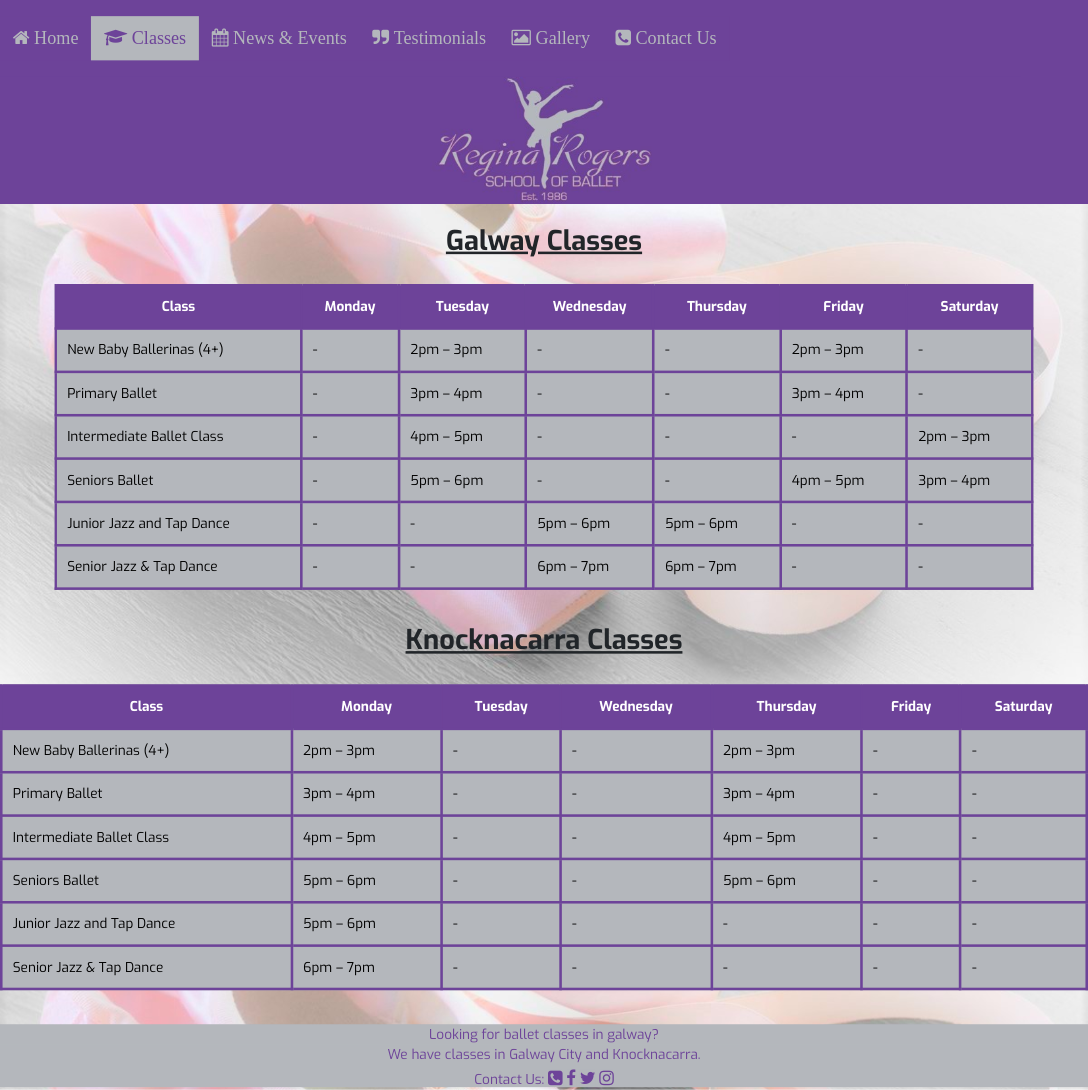
Repository: davidtmiller2010/galwayballet
Page: Classes.html
The author's editor kept a record of every edit. The page is drawn from the files as they stood at one moment, then again after the next edit.
The browser window is 1280 px wide. The pictures show the whole page, at 85% of full size.

Above is the page before.

### Classes.html
<!DOCTYPE html>
<html lang="en">

<head>
    <meta charset="UTF-8">
    <meta name="viewport" content="width=device-width, initial-scale=1.0">
    <meta http-equiv="X-UA-Compatible" content="ie=edge">
    <link rel="stylesheet" href="https://stackpath.bootstrapcdn.com/bootstrap/4.3.1/css/bootstrap.min.css" type="text/css" />
    <link rel="stylesheet" href="https://stackpath.bootstrapcdn.com/font-awesome/4.7.0/css/font-awesome.min.css" type="text/css" />
    <link rel="stylesheet" href="assets/CSS/style1.css" type="text/css" />
    <link href="https://fonts.googleapis.com/css?family=Exo|Roboto" rel="stylesheet">
    <link href="https://fonts.googleapis.com/css?family=Dancing+Script" rel="stylesheet">
    <title>Regina Rogers</title>
</head>

<body>
    <header>
        <div class="navbar ">
            <ul>
                <li><a href="index.html" class=" col-12  col-2"><i class="fa fa-home fa-lg"> Home</i></a></li>
                <li><a href="Classes.html" class="active col-12  col-2"><i class="fa fa-graduation-cap fa-lg"> Classes</i></a></li>
                <li><a href="News.html" class=" col-12  col-2"><i class="fa fa-calendar fa-lg"> News & Events</i></a></li>
                <li><a href="Testimonial.html" class=" col-12  col-2"><i class="fa fa-quote-right fa-lg"> Testimonials</i></a></li>
                <li><a href="Gallery.html" class=" col-12  col-2"><i class="fa fa-image fa-lg"> Gallery</i></a></li>
                <li><a href="Contact.html" class=" col-12  col-2"><i class="fa fa-phone-square fa-lg"> Contact Us</i></a></li>
            </ul>
        </div>
    </header>
    <section>
        <div class="logo">
            <!---logo--->
        </div>
        </br>
            <h2 class="headers">Galway Classes</h2>
            </br>
            <div class="responsive">
            <table class="table">
                <tbody >
                    <tr>
                        <th class="tablehead">Class</th>
                        <th class="tablehead">Monday</th>
                        <th class="tablehead">Tuesday</th>
                        <th class="tablehead">Wednesday</th>
                        <th class="tablehead">Thursday</th>
                        <th class="tablehead">Friday</th>
                        <th class="tablehead">Saturday</th>
                    </tr>
                    <tr>
                        <td>New Baby Ballerinas (4+)</td>
                        <td>-</td>
                        <td>2pm – 3pm</td>
                        <td>-</td>
                        <td>-</td>
                        <td>2pm – 3pm</td>
                        <td>-</td>
                    </tr>
                    <tr>
                        <td>Primary Ballet</td>
                        <td>-</td>
                        <td>3pm – 4pm</td>
                        <td>-</td>
                        <td>-</td>
                        <td>3pm – 4pm</td>
                        <td>-</td>
                    </tr>
                    <tr>
                        <td>Intermediate Ballet Class</td>
                        <td>-</td>
                        <td>4pm – 5pm</td>
                        <td>-</td>
                        <td>-</td>
                        <td>-</td>
                        <td>2pm – 3pm</td>
                    </tr>
                    <tr>
                        <td>Seniors Ballet</td>
                        <td>-</td>
                        <td>5pm – 6pm</td>
                        <td>-</td>
                        <td>-</td>
                        <td>4pm – 5pm</td>
                        <td>3pm – 4pm</td>
                    </tr>
                    <tr>
                        <td>Junior Jazz and Tap Dance</td>
                        <td>-</td>
                        <td>-</td>
                        <td>5pm – 6pm</td>
                        <td>5pm – 6pm</td>
                        <td>-</td>
                        <td>-</td>
                    </tr>
                    <tr>
                        <td>Senior Jazz & Tap Dance</td>
                        <td>-</td>
                        <td>-</td>
                        <td>6pm – 7pm</td>
                        <td>6pm – 7pm</td>
                        <td>-</td>
                        <td>-</td>
                    </tr>
                </tbody>
            </table>
        </div>
        </br>
        <h2 class="headers">Knocknacarra Classes</h2>
        </br>
        <table class="table">
            <tr>
                <th class="tablehead">Class</th>
                <th class="tablehead">Monday</th>
                <th class="tablehead">Tuesday</th>
                <th class="tablehead">Wednesday</th>
                <th class="tablehead">Thursday</th>
                <th class="tablehead">Friday</th>
                <th class="tablehead">Saturday</th>
            </tr>
            <tr>
                <td>New Baby Ballerinas (4+)</td>
                <td>2pm – 3pm</td>
                <td>-</td>
                <td>-</td>
                <td>2pm – 3pm</td>
                <td>-</td>
                <td>-</td>
            </tr>
            <tr>
                <td>Primary Ballet</td>
                <td>3pm – 4pm</td>
                <td>-</td>
                <td>-</td>
                <td>3pm – 4pm</td>
                <td>-</td>
                <td>-</td>
            </tr>
            <tr>
                <td>Intermediate Ballet Class</td>
                <td>4pm – 5pm</td>
                <td>-</td>
                <td>-</td>
                <td>4pm – 5pm</td>
                <td>-</td>
                <td>-</td>
            </tr>
            <tr>
                <td>Seniors Ballet</td>
                <td>5pm – 6pm</td>
                <td>-</td>
                <td>-</td>
                <td>5pm – 6pm</td>
                <td>-</td>
                <td>-</td>
            </tr>
            <tr>
                <td>Junior Jazz and Tap Dance</td>
                <td>5pm – 6pm</td>
                <td>-</td>
                <td>-</td>
                <td>-</td>
                <td>-</td>
                <td>-</td>
            </tr>
            <tr>
                <td>Senior Jazz & Tap Dance</td>
                <td>6pm – 7pm</td>
                <td>-</td>
                <td>-</td>
                <td>-</td>
                <td>-</td>
                <td>-</td>
            </tr>
        </table>
        </br>
    </section>
    <footer>
        <div class="footermessage">
            <h7 class="uppercase general">Looking for ballet classes in galway?</h7><br/>
            <p class="inline-block footermessage">
                We have classes in Galway City and Knocknacarra.
                <br> Contact Us:
                <a href="Contact.html" target="_blank">
                     <i class="fa fa-phone-square infobutton" aria-hidden="true"></i>
                    </a>
                <a target="_blank" href="https://www.facebook.com/Regina-Rogers-School-of-Ballet-568812096482190/">
                            <i class="fa fa-facebook infobutton " aria-hidden="true"></i>
                            <span class="sr-only">Facebook</span>
                        </a>
                <a target="_blank" href="https://twitter.com/Twitter">
                            <i class="fa fa-twitter infobutton " aria-hidden="true"></i>
                            <span class="sr-only">Twitter</span>
                        </a>
                <a target="_blank" href="https://www.instagram.com/instagram/">
                            <i class="fa fa-instagram infobutton " aria-hidden="true"></i>
                            <span class="sr-only">Instagram</span>
                        </a>
            </p>
        </div>
    </footer>
    <script src="https://code.jquery.com/jquery-3.3.1.slim.min.js" integrity="sha384-q8i/X+965DzO0rT7abK41JStQIAqVgRVzpbzo5smXKp4YfRvH+8abtTE1Pi6jizo" crossorigin="anonymous"></script>
    <script src="https://cdnjs.cloudflare.com/ajax/libs/popper.js/1.14.7/umd/popper.min.js" integrity="sha384-UO2eT0CpHqdSJQ6hJty5KVphtPhzWj9WO1clHTMGa3JDZwrnQq4sF86dIHNDz0W1" crossorigin="anonymous"></script>
    <script src="https://stackpath.bootstrapcdn.com/bootstrap/4.3.1/js/bootstrap.min.js" integrity="sha384-JjSmVgyd0p3pXB1rRibZUAYoIIy6OrQ6VrjIEaFf/nJGzIxFDsf4x0xIM+B07jRM" crossorigin="anonymous"></script>

</body>

### assets/CSS/style1.css
@import url('https://fonts.googleapis.com/css?family=Exo:100,200,300,400,500,600,700|Roboto:100,200,300,400,500,600,700');

/*----------colors---------*/

.bg-color-details {
    background: none;
    color: #6D4399;
}

.formbg {
    background: none;
}


.bg-color-contact {
    color: #6D4399;
    background: none;
}

/*----------Header---------*/

header {
    margin-bottom: 90px;
}

.navbar {
    overflow: hidden;
    background-color: #6D4399;
    position: fixed;
    top: 0;
    width: 100%;
    height: 90px;
    padding: 0;
    float: right;
}

ul {
    list-style-type: none;
    margin: 0;
    margin-top: 0;
    padding: 0;
    background-color: #6D4399;
}

li {
    float: left;
}

li a {
    display: block;
    color: #B4B7BC;
    text-align: center;
    padding: 14px 16px;
    text-decoration: none;
}

li a:hover:not(.active) {
    background-color: #B4B7BC;
}

li a:hover {
    color: white;
    background-color: #6D4399;
}

.active {
    background-color: #B4B7BC;
    color: #6D4399;
}


/*----------body---------*/

body {
    top: 20px;
    background-image: url("../images/balletshoes.jpg");
    background-size: 100%;
    font-family: "Exo", sans-serif;
}

.logo {
    background: #6D4399;
    background-image: url("../images/reginalogo3.jpg");
    background-position: center;
    background-repeat: no-repeat;
    background-size: contain;
    top: 0;
    width: 100%;
    position: relative;
    height: 150px;
    padding: 0;
    z-index: -1;
    margin: 0;
}


.row {
    margin-left: 5px;
    margin-right: 5px;
}

.paragraph {
    margin: 10px 0;
    text-align: justify;
    text-justify: inter-word;
    font-family: "Exo", Times, serif;
    font-size: 20px;
    font-weight: 500;
    z-index: -1;
}


/*----------Footer---------*/

footer {
    background: #6D4399;
    color: #6D4399;
    padding-bottom: 10px;
    margin: 0;
    text-align: center;
    height: 50px;
}

.footermessage {
    background-color: #B4B7BC;
    margin: 0;
    height: 50px;
    padding: 0px;
}

.infobutton {
    background-color: #B4B7BC;
    font-size: 20px;
    color: #6D4399;
    margin: 0;
    margin-top: 5px;
    padding: 0;
    transition: all 0.5s ease-in-out;
    -moz-transition: all 0.5s ease-in-out;
    -webkit-transition: all 0.5s ease-in-out;
    -o-transition: all 0.5s ease-in-out;
}

.infobutton:hover {
    color: white;
}

/*----------Tables---------*/

table th {
    background: #6D4399;
    color: white;
    border: solid;
    border-color: #6D4399;
    text-align: center;
}

table td {
    border: solid;
    color: black;
    border-color: #6D4399;
}

#formstyle {
    width: 50%;
    display: inline-block;
    text-align: center;
    margin-left: 25%;
    margin-right: 25%;
}

.form-row {
    margin-top: 5px;
}

/*----------General---------*/

.headers {
    font-weight: 800;
    font-family: "Exo", sans-serif;
    text-align: center;
    text-decoration: underline;
}

.heading {
    font-weight: 600;
    font-family: "Exo", sans-serif;
    text-align: center;
    margin-top: 10px;
    font-size: 40px;

}

.headerstyle {
    font-weight: 700;
    font-family: "Exo", sans-serif;
    text-align: center;
    margin-bottom: 15px;
}

.testhead {
    font-weight: 600;
    font-family: "Exo", sans-serif;
    text-align: center;
    margin-top: 20px;
    font-size: 30px;
    text-decoration: underline;
}

.container-fluid {
    padding: 0;
    margin: 0;
}

.contact-heading {
    margin: 25px 0;
}

.gallery {
    margin: 1px;
    width: 100%;
    text-align: center;
}

.news {
    z-index: -1;
    font-weight: 600;
    text-align: center;
    margin: 10px 0 20px 0;
}

.newsheader {
    margin-top: 10px;
    text-align: center;
    text-decoration: underline;
    font-weight: bold;
    color: #696969;
}

.bordernews {
    border-style: solid;
    border-width: 1px;
    font-weight: 600;
}

/*----------Testimonials---------*/



.testimonials {
    padding: 0;
    margin: 5px;
    width: 100%;
    text-align: justify;
    z-index: -1;
    font-weight: 600;
    font-family: "Exo", sans-serif;
}

.image {
    width: 250px;
    height: 200px;
    margin: 5px 12.5%;
}

/*----------Media Queries---------*/

@media screen and (max-width: 767px)
/* Mobile */

    {

    nav ul a {
        margin-right: 60%;
        display: inline-block;
    }
    .fontsize {
        font-size: 10px;
        margin-bottom: 10px;
    }

    .center {
        width: 50%;
        display: block;
        margin-left: auto;
        margin-right: auto;
        height: 50%;
    }

    .table {
        border: solid;
        width: 90%;
        height: 100%;
        color: black;
        border-color: #6D4399;
        margin-left: 10%;
        margin-right: 10%;
        background-color: #B4B7BC;
        overflow: auto;
        font-size: 10px;
    }

    .responsive {
    overflow: auto;
    height: 100%;
    width: 340px;
    margin: 0;

}
}

@media screen and (min-width: 768px) and (max-width: 991px)
/* Tablet */

    {

    nav ul a {
        margin-right: 25%;
        display: inline-block;
    }

    .gallery {
        margin: 1px;
        width: 49%;
        text-align: center;
    }

    .testimonials {
        padding: 0;
        margin: 1px;
        width: 100%;
        text-align: justify;
        z-index: -1;
        font-weight: 600;
        font-family: "Exo", sans-serif;
    }

    .image {
        width: 60%;
        height: 400px;
        margin: 10px 20%;
    }

    .center {
        width: 40%;
        display: block;
        margin: 10px 30%;
        height: 50%;
    }
    .fontsize {
        font-size: 20px;
        margin-bottom: 20px;
    }

    .newsheader {
        margin-top: 10px;
        text-align: center;
        text-decoration: underline;
        font-weight: bold;
        color: #191970;
        font-size: 30px;
    }

    .table {
        border: solid;
        width: 100%;
        height: 100%;
        color: black;
        border-color: #6D4399;
        margin-left: 10%;
        margin-right: 10%;
        background-color: #B4B7BC;
        overflow: auto;
    }

    .responsive {
        overflow: auto;
        height: 100%;
        width: 660px;
        margin-left: 10px;
        margin-right: 10px;

    }
}

@media screen and (min-width: 992px)
/* Desktop */

    {
    .gallery {
        margin: 1px;
        width: 24%;
        text-align: center;
    }

    .testimonials {
        padding: 0;
        margin: 1px;
        width: 100%;
        text-align: justify;
        z-index: -1;
        font-weight: 600;
        font-family: "Exo", sans-serif;
    }

    .image {
        width: 40%;
        height: 500px;
        margin: 10px 30%;
    }

    .center {
        width: 600px;
        display: block;
        margin: 10px 600px;
        height: 300px;
        text-align: center;

    }

    .fontsize {
        font-size: 25px;
        margin-bottom: 10px;
    }

    .newsheader {
        margin-top: 10px;
        text-align: center;
        text-decoration: underline;
        font-weight: bold;
        color: #6D4399;
        font-size: 40px;
    }

    .table {
        border: solid;
        width: 100%;
        height: 100%;
        color: black;
        border-color: #6D4399;;
        background-color: #B4B7BC;
        overflow: auto;
    }

    .responsive {
        overflow: auto;
        height: 100%;
        width: 90%;
        margin-left: 5%;
        margin-right: 5%;

    }

}

After the next edit:
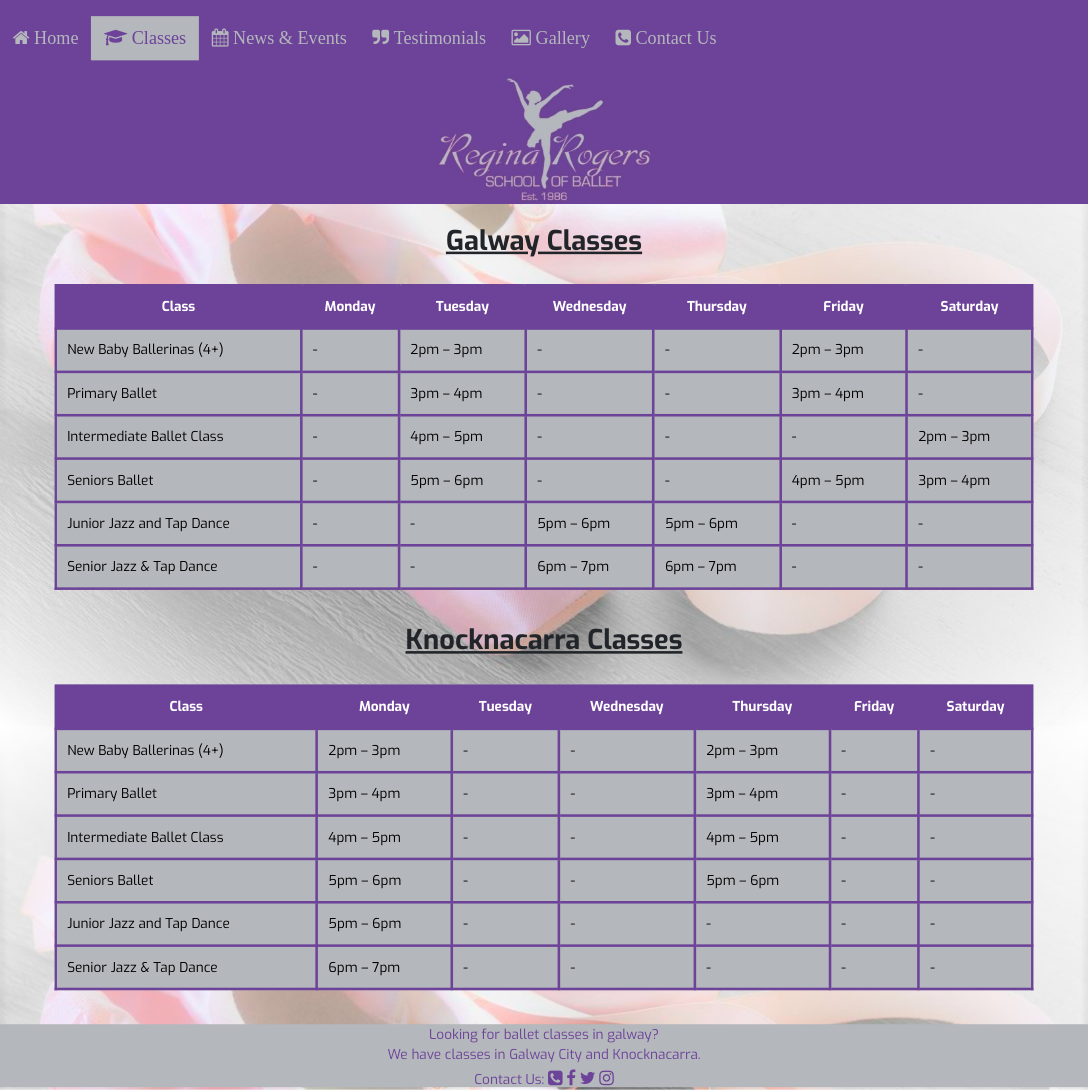
The edit:
--- a/Classes.html
+++ b/Classes.html
@@ -105,6 +105,7 @@
         </br>
         <h2 class="headers">Knocknacarra Classes</h2>
         </br>
+        <div class="responsive">
         <table class="table">
             <tr>
                 <th class="tablehead">Class</th>
